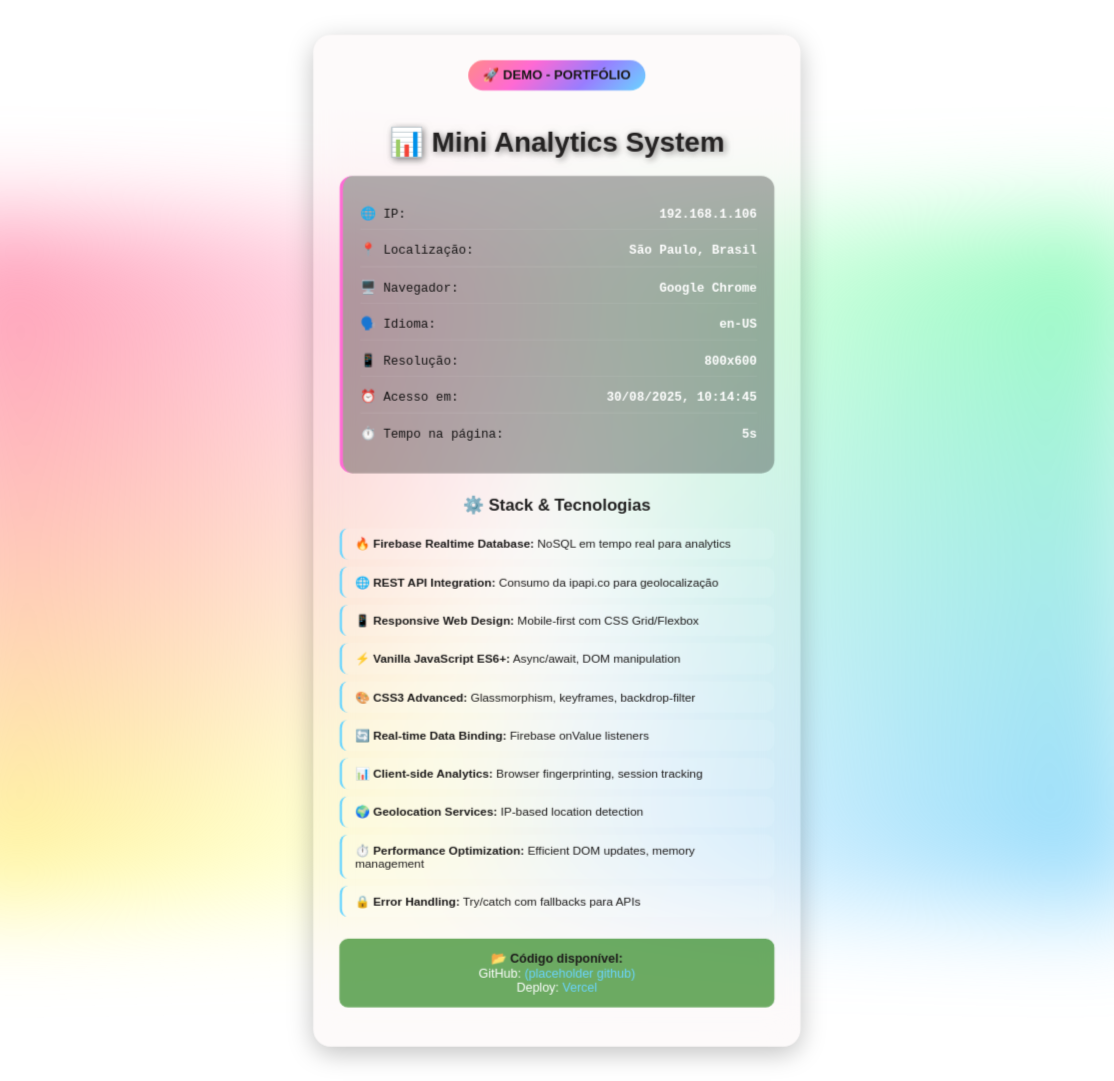
Repository: nardogod/mini-analytics
Page: mini.html
The author's editor kept a copy of each file at every save. The page is drawn from the files as they stood at one save, then again after the next save.
The browser window is 1280 px wide. The pictures show the whole page, at 87% of full size.

Above is the page before, as saved 2025-08-30 10:55:05.

After the next save:
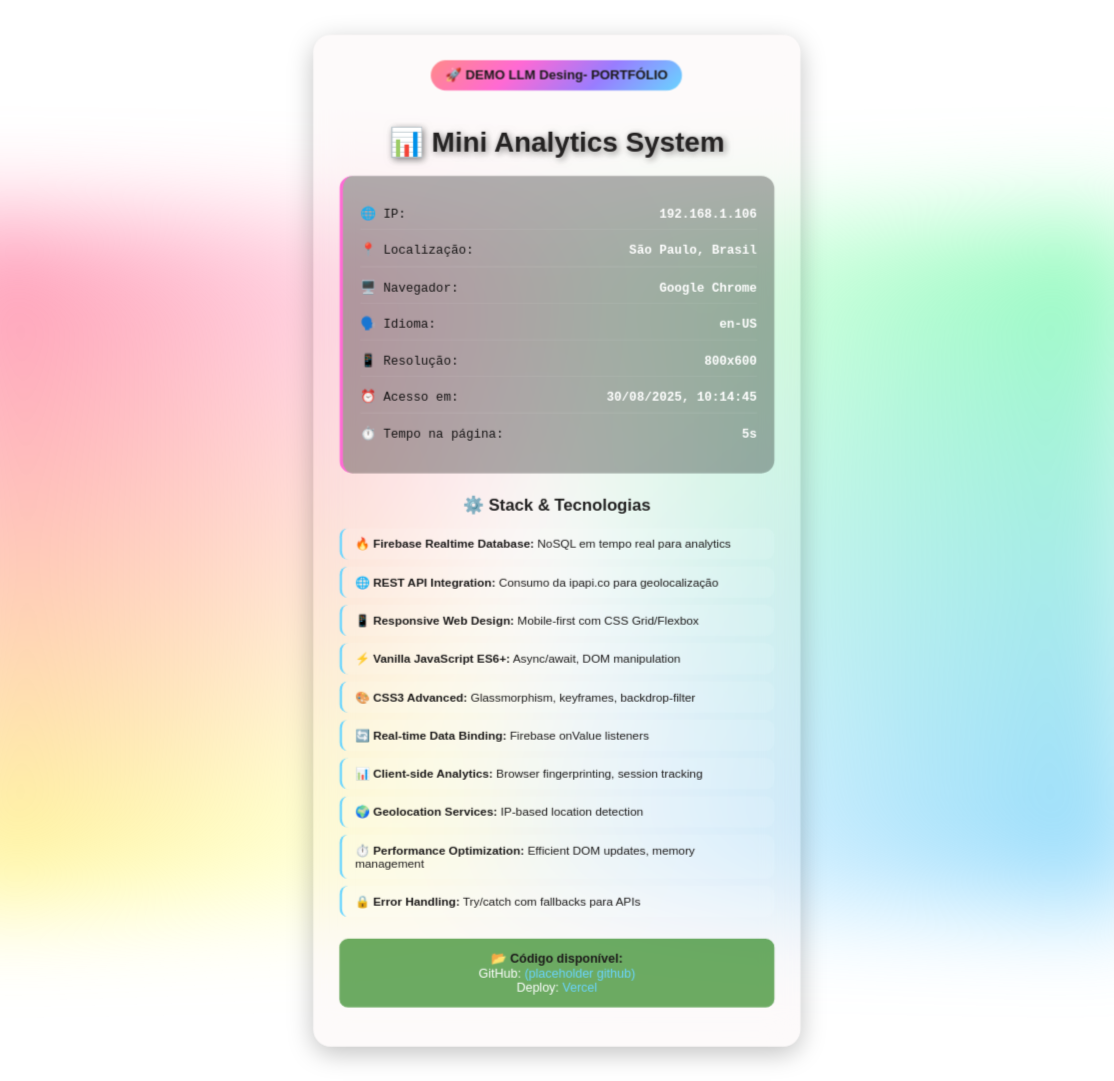
Saved 39 s later.
--- a/mini.html
+++ b/mini.html
@@ -3,7 +3,7 @@
   <head>
     <meta charset="UTF-8" />
     <meta name="viewport" content="width=device-width, initial-scale=1.0" />
-    <title>Demo Analytics LLM - Portfólio</title>
+    <title>Demo Analytics - Portfólio</title>
     <style>
       body {
         margin: 0;
@@ -193,7 +193,7 @@
   <body>
     <div class="background"></div>
     <div class="container">
-      <div class="demo-badge">🚀 DEMO - PORTFÓLIO</div>
+      <div class="demo-badge">🚀 DEMO LLM Desing- PORTFÓLIO</div>
       <h1>📊 Mini Analytics System</h1>
 
       <div class="analytics-display" id="analytics">
